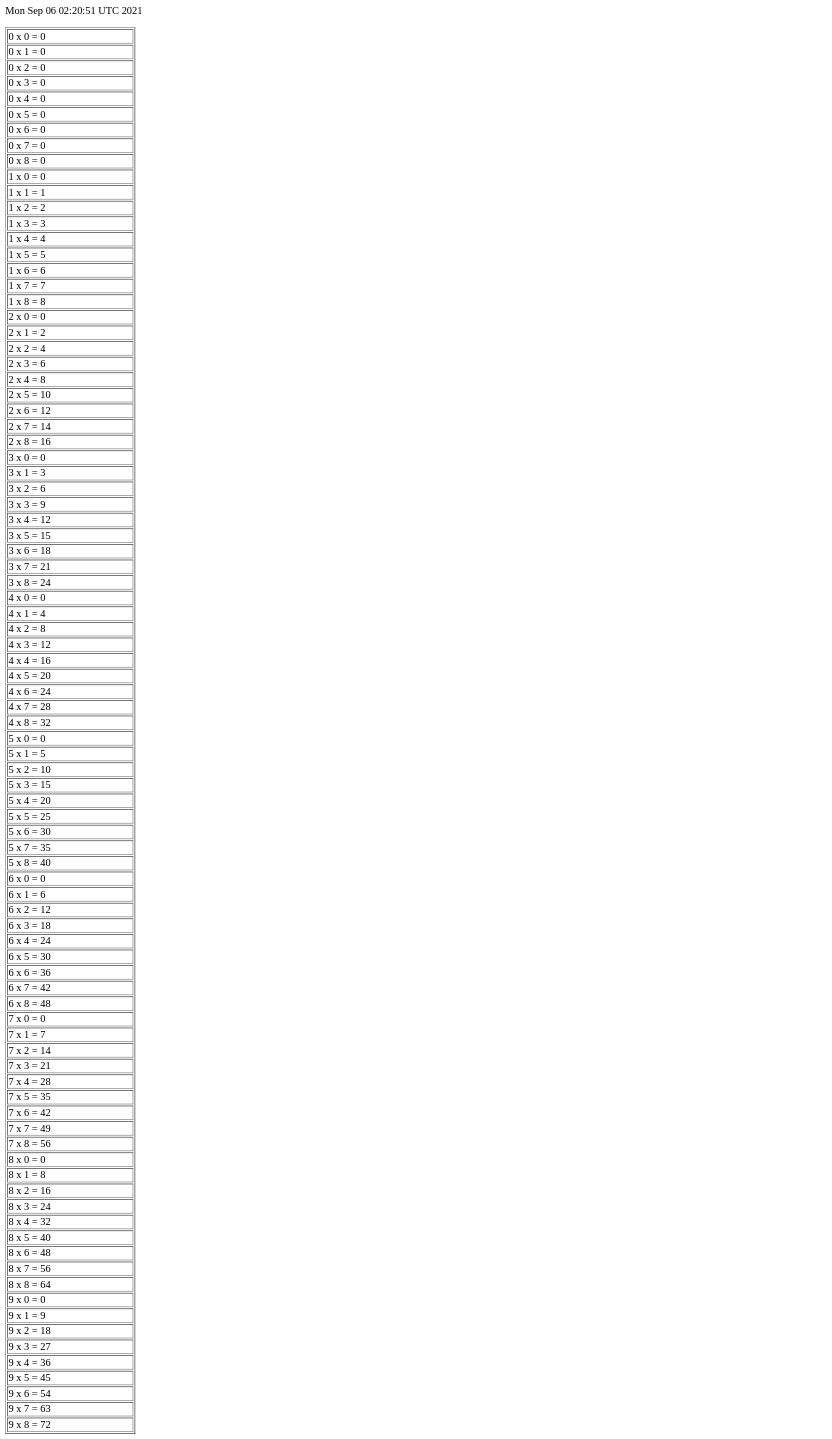
Repository: soobin10236/Class
Page: http://localhost/Web10/
The author's editor kept a copy of each file at every save. The page is drawn from the files as they stood at one save, then again after the next save.
The browser window is 1280 px wide. The pictures show the whole page, at 65% of full size.
The page is served by Tomcat 9.

Above is the page before, as saved 2021-09-08 02:52:56.

After the next save:
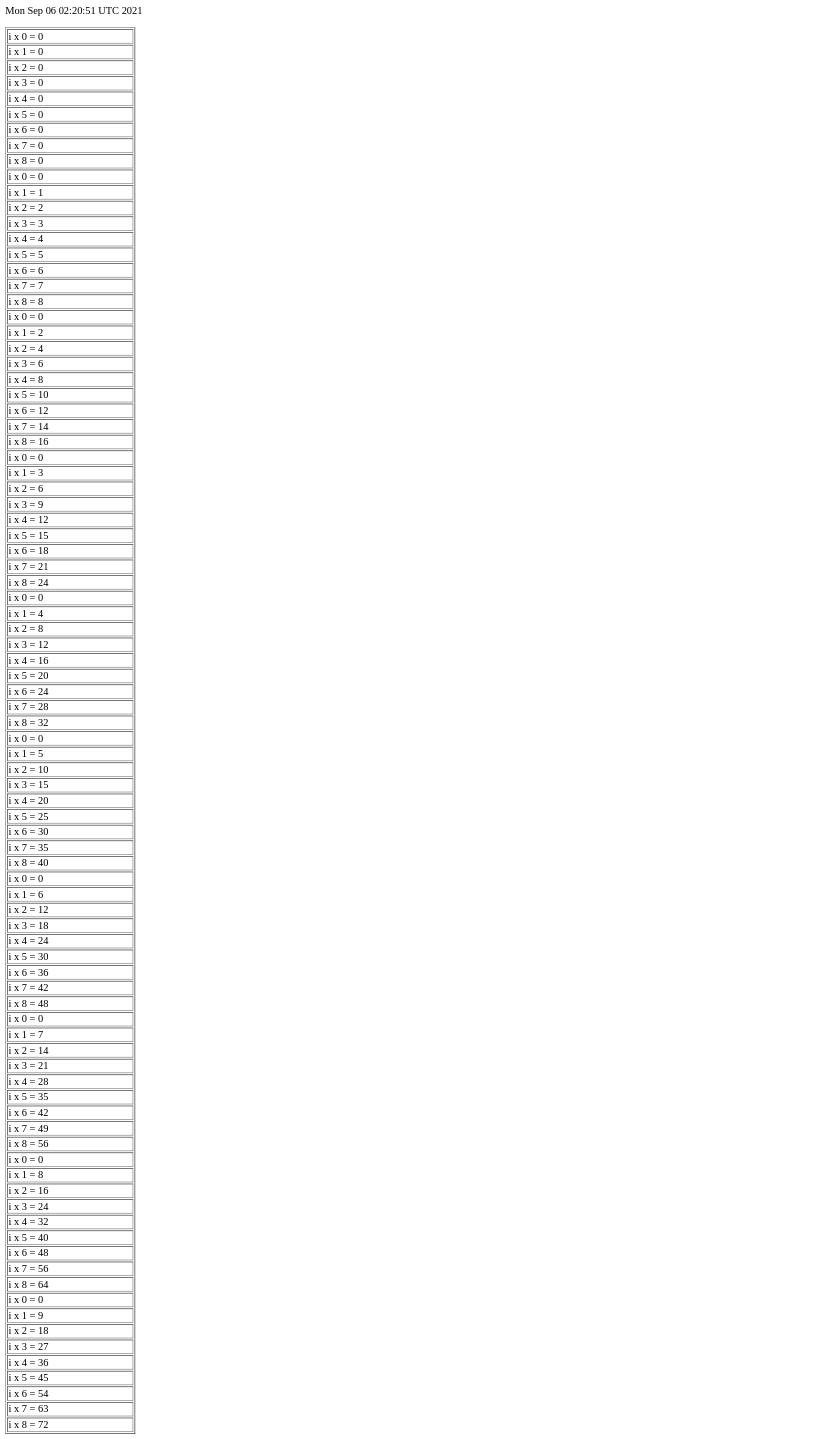
Saved 23 s later.
--- a/Web10/src/main/webapp/index.jsp
+++ b/Web10/src/main/webapp/index.jsp
@@ -30,7 +30,7 @@
 		for(int j=0;j<9;j++){
 	%>
 		<tr>
-			<td><%=i %> x <%=j %> = <%= i*j %></td>
+			<td>i x <%=j %> = <%= i*j %></td>
 		</tr>
 	<%
 		}

After the save that followed:
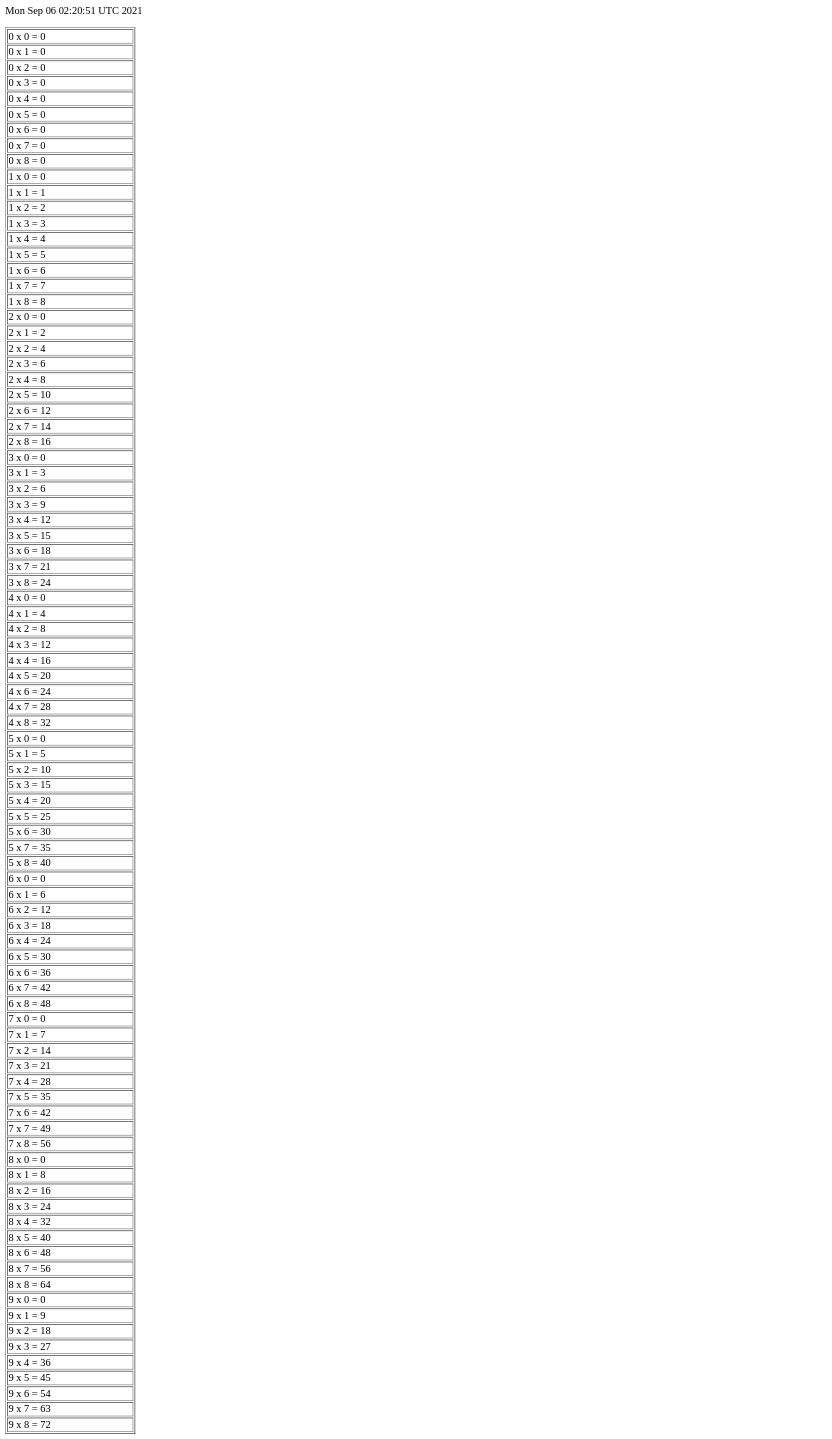
Saved 18 s later.
--- a/Web10/src/main/webapp/index.jsp
+++ b/Web10/src/main/webapp/index.jsp
@@ -30,7 +30,7 @@
 		for(int j=0;j<9;j++){
 	%>
 		<tr>
-			<td>i x <%=j %> = <%= i*j %></td>
+			<td><%=i%> x <%=j %> = <%= i*j %></td>
 		</tr>
 	<%
 		}
